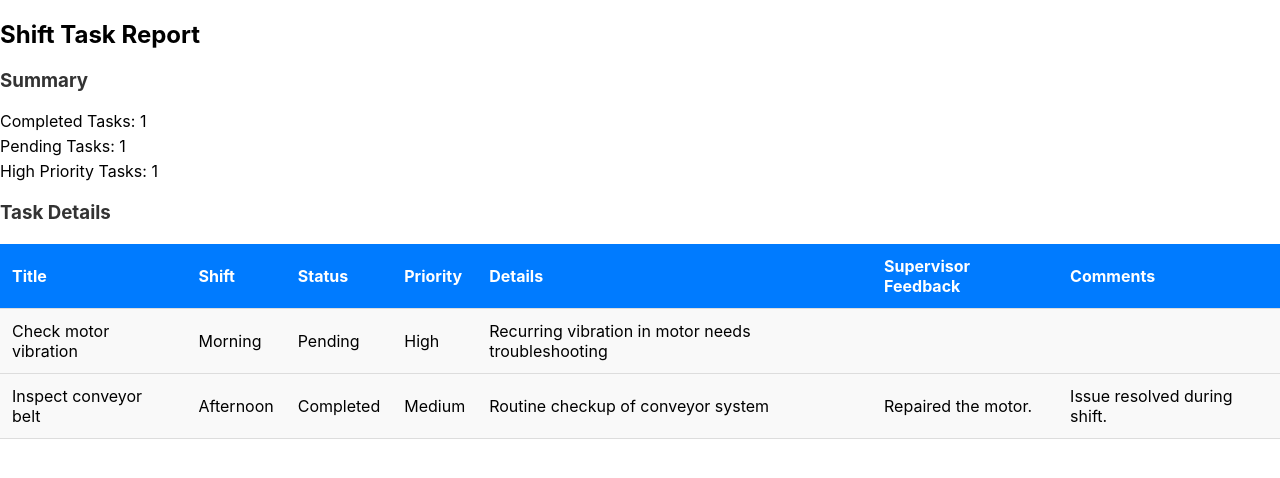
Repository: Manoj-T-V/ShiftOperator
Page: /report
The author's editor kept a copy of each file at every save. The page is drawn from the files as they stood at one save, then again after the next save.
The browser window is 1280 px wide. The pictures show the whole page.
The project was rebuilt for these pictures with package versions that can differ from the ones it lists, and the page was loaded fresh each time. Also part of the build but not shown: src/pages/ShiftManagement.js, src/pages/AddTaskform.js.

Above is the page before, as saved 2024-11-29 14:24:13.

### src/index.js
import React from 'react';
import ReactDOM from 'react-dom/client';
import './index.css';
import App from './App';
import { Provider } from 'react-redux';
import reportWebVitals from './reportWebVitals';
import store from './redux/store';

const root = ReactDOM.createRoot(document.getElementById('root'));
root.render(
  <React.StrictMode>
  <Provider store={store} >
      <App />
  </Provider>
  </React.StrictMode>
);

// If you want to start measuring performance in your app, pass a function
// to log results (for example: reportWebVitals(console.log))
// or send to an analytics endpoint. Learn more: https://bit.ly/CRA-vitals
reportWebVitals();

### src/App.js
import ShiftManagement from './pages/ShiftManagement';
import {BrowserRouter as Router, Route, Routes} from 'react-router-dom';
import AddTaskForm from './pages/AddTaskform';
import TaskReport  from './pages/TaskReport'

function App() {
  return (
    <Router>
    <Routes>
      <Route path="/shift" element={<ShiftManagement/>}></Route>
      <Route path="/" element={<AddTaskForm/>}></Route>
      <Route path="/report" element={<TaskReport/>}></Route>
    </Routes>
    </Router>
  );
}

export default App;

### src/redux/store.js
import { configureStore } from "@reduxjs/toolkit";
import shiftReducer from './features/shiftSlice' ;
import tasksSlice  from './features/tasksSlice'

const store = configureStore({
  reducer: {
    shift: shiftReducer,
    tasks: tasksSlice,

  },
});

export default store;

### src/pages/TaskReport.js
// src/components/TaskReport.js
import React from 'react';
import { useSelector } from 'react-redux';
import { selectFilteredTasks } from '../redux/features/selectors';

const TaskReport = () => {
  const filteredTasks = useSelector(selectFilteredTasks);

  const taskSummary = filteredTasks.reduce(
    (acc, task) => {
      if (task.status === "Completed") {
        acc.completed++;
      } else {
        acc.pending++;
      }
      if (task.priority === "High") {
        acc.highPriority++;
      }
      return acc;
    },
    { completed: 0, pending: 0, highPriority: 0 }
  );

  // Inline styles for table and summary
  const tableStyles = {
    width: '100%',
    borderCollapse: 'collapse',
    marginTop: '20px',
  };

  const thTdStyles = {
    padding: '12px',
    textAlign: 'left',
    borderBottom: '1px solid #ddd',
  };


  const summaryContainer = {
    marginBottom: '20px',
  };

  const summaryText = {
    margin: '5px 0',
    fontSize: '16px',
  };

  const tableHeadingStyles = {
    backgroundColor: '#007bff',
    color: 'white',
  };

  const taskRowStyles = {
    backgroundColor: '#f9f9f9',
  };

  return (
    <div>
      <h2 style={{ fontSize: '24px', marginBottom: '20px' }}>Shift Task Report</h2>
      <div style={summaryContainer}>
        <h3 style={{ color: '#333' }}>Summary</h3>
        <p style={summaryText}>Completed Tasks: {taskSummary.completed}</p>
        <p style={summaryText}>Pending Tasks: {taskSummary.pending}</p>
        <p style={summaryText}>High Priority Tasks: {taskSummary.highPriority}</p>
      </div>
      <h3 style={{ color: '#333' }}>Task Details</h3>
      <table style={tableStyles}>
        <thead>
          <tr style={tableHeadingStyles}>
            <th style={thTdStyles}>Title</th>
            <th style={thTdStyles}>Shift</th>
            <th style={thTdStyles}>Status</th>
            <th style={thTdStyles}>Priority</th>
            <th style={thTdStyles}>Details</th>
            <th style={thTdStyles}>Supervisor Feedback</th>
            <th style={thTdStyles}>Comments</th>
          </tr>
        </thead>
        <tbody>
          {filteredTasks.map((task) => (
            <tr
              key={task.id}
              style={taskRowStyles}
              onMouseEnter={(e) => e.currentTarget.style.backgroundColor = '#ddd'} // Hover effect
              onMouseLeave={(e) => e.currentTarget.style.backgroundColor = '#f9f9f9'}
            >
              <td style={thTdStyles}>{task.title}</td>
              <td style={thTdStyles}>{task.shift}</td>
              <td style={thTdStyles}>{task.status}</td>
              <td style={thTdStyles}>{task.priority}</td>
              <td style={thTdStyles}>{task.details}</td>
              <td style={thTdStyles}>{task.supervisorFeedback}</td>
              <td style={thTdStyles}>{task.comments}</td>
            </tr>
          ))}
        </tbody>
      </table>
    </div>
  );
};

export default TaskReport;

### src/redux/features/shiftSlice.js
import { createSlice } from "@reduxjs/toolkit";

const initialState = {
  shifts: [
    { id: 1, name: "Morning", start: "08:00", end: "16:00", format: "24-hour", location: "", workforce: [] },
    { id: 2, name: "Afternoon", start: "16:00", end: "00:00", format: "24-hour", location: "", workforce: [] },
    { id: 3, name: "Night", start: "00:00", end: "08:00", format: "24-hour", location: "", workforce: [] },
  ],
  timeFormat: "24-hour",
};

const shiftSlice = createSlice({
  name: "shift",
  initialState,
  reducers: {
    addShift: (state, action) => {
      state.shifts.push({ ...action.payload, id: Date.now() });
    },
    updateShift: (state, action) => {
      const { id, updates } = action.payload;
      const shift = state.shifts.find((shift) => shift.id === id);
      if (shift) {
        Object.assign(shift, updates);
      }
    },
    resetShifts: (state) => {
      state.shifts = [];
    },
    toggleTimeFormat: (state) => {
      state.timeFormat = state.timeFormat === "24-hour" ? "12-hour" : "24-hour";
    },
  },
});

export const { addShift, updateShift, resetShifts, toggleTimeFormat } = shiftSlice.actions;

export default shiftSlice.reducer;

### src/redux/features/tasksSlice.js
import { createSlice } from "@reduxjs/toolkit";

const initialState = {
  tasks: [
    {
      id: 1,
      title: "Check motor vibration",
      details: "Recurring vibration in motor needs troubleshooting",
      source: "Adhoc Maintenance",
      shift: "Morning",
      status: "Pending",
      priority: "High",
      supervisorFeedback: "",  // Supervisor feedback field
      comments: "",            // Additional comments field
    },
    {
      id: 2,
      title: "Inspect conveyor belt",
      details: "Routine checkup of conveyor system",
      source: "SAP",
      shift: "Afternoon",
      status: "Completed",
      priority: "Medium",
      supervisorFeedback: "Repaired the motor.", // Example feedback
      comments: "Issue resolved during shift.",
    },
  ],
  filters: {
    shift: "All",   // 'All', 'Morning', 'Afternoon', 'Night'
    sort: "Priority", // 'Priority', 'Status'
  },
};

const tasksSlice = createSlice({
  name: "tasks",
  initialState,
  reducers: {
    toggleTaskStatus: (state, action) => {
      const task = state.tasks.find((task) => task.id === action.payload);
      if (task) {
        task.status = task.status === "Pending" ? "Completed" : "Pending";
      }
    },
    setShiftFilter: (state, action) => {
      state.filters.shift = action.payload;
    },
    setSortOrder: (state, action) => {
      state.filters.sort = action.payload;
    },
    addTask: (state, action) => {
      state.tasks.push(action.payload);
    },
  },
});

export const { toggleTaskStatus, setShiftFilter, setSortOrder, addTask } =
  tasksSlice.actions;
export default tasksSlice.reducer;

### src/redux/features/selectors.js
// src/redux/selectors.js
export const selectFilteredTasks = (state) => {
    const { tasks, filters } = state.tasks;
    const { shift, sort } = filters;

    // Filter by shift
    let filteredTasks = tasks.filter(
      (task) => shift === "All" || task.shift === shift
    );

    // Sort by priority or status
    filteredTasks = filteredTasks.sort((a, b) => {
      if (sort === "Priority") {
        const priorityOrder = ["High", "Medium", "Low"];
        return priorityOrder.indexOf(a.priority) - priorityOrder.indexOf(b.priority);
      } else if (sort === "Status") {
        const statusOrder = ["Pending", "Completed"];
        return statusOrder.indexOf(a.status) - statusOrder.indexOf(b.status);
      }
      return 0;
    });

    return filteredTasks;
  };

Loaded but not shown: public/index.html (common file); src/index.css (common file); src/reportWebVitals.js (common file)

After the next save:
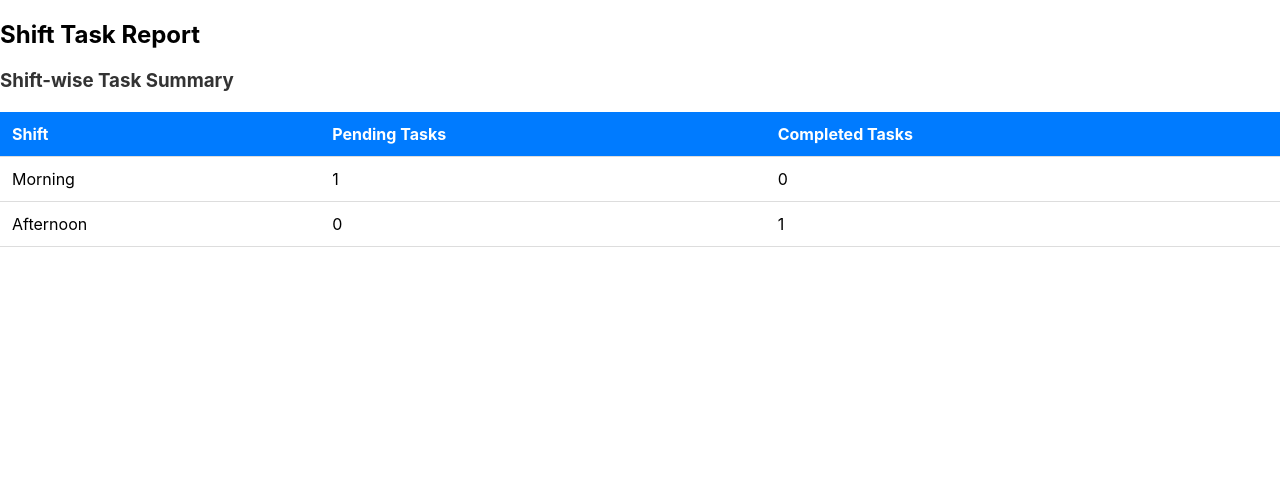
Saved 2 min 21 s later.
--- a/src/pages/TaskReport.js
+++ b/src/pages/TaskReport.js
@@ -1,99 +1,76 @@
-// src/components/TaskReport.js
-import React from 'react';
-import { useSelector } from 'react-redux';
-import { selectFilteredTasks } from '../redux/features/selectors';
+import React from "react";
+import { useSelector } from "react-redux";
+import { selectFilteredTasks } from "../redux/features/selectors";
 
 const TaskReport = () => {
   const filteredTasks = useSelector(selectFilteredTasks);
 
-  const taskSummary = filteredTasks.reduce(
-    (acc, task) => {
-      if (task.status === "Completed") {
-        acc.completed++;
-      } else {
-        acc.pending++;
-      }
-      if (task.priority === "High") {
-        acc.highPriority++;
-      }
-      return acc;
-    },
-    { completed: 0, pending: 0, highPriority: 0 }
-  );
+  // Group tasks by shift and calculate pending/completed task counts
+  const shiftReport = filteredTasks.reduce((acc, task) => {
+    // If the shift is not already in the accumulator, add it
+    if (!acc[task.shift]) {
+      acc[task.shift] = { completed: 0, pending: 0 };
+    }
+    // Increment the count based on the task status
+    if (task.status === "Completed") {
+      acc[task.shift].completed++;
+    } else {
+      acc[task.shift].pending++;
+    }
+    return acc;
+  }, {});
+
+  // Convert the shiftReport object to an array of shifts
+  const shiftReportArray = Object.keys(shiftReport).map((shiftName) => ({
+    shift: shiftName,
+    ...shiftReport[shiftName],
+  }));
 
   // Inline styles for table and summary
   const tableStyles = {
-    width: '100%',
-    borderCollapse: 'collapse',
-    marginTop: '20px',
+    width: "100%",
+    borderCollapse: "collapse",
+    marginTop: "20px",
   };
 
   const thTdStyles = {
-    padding: '12px',
-    textAlign: 'left',
-    borderBottom: '1px solid #ddd',
-  };
-
-
-  const summaryContainer = {
-    marginBottom: '20px',
-  };
-
-  const summaryText = {
-    margin: '5px 0',
-    fontSize: '16px',
+    padding: "12px",
+    textAlign: "left",
+    borderBottom: "1px solid #ddd",
   };
 
   const tableHeadingStyles = {
-    backgroundColor: '#007bff',
-    color: 'white',
-  };
-
-  const taskRowStyles = {
-    backgroundColor: '#f9f9f9',
+    backgroundColor: "#007bff",
+    color: "white",
   };
 
   return (
     <div>
-      <h2 style={{ fontSize: '24px', marginBottom: '20px' }}>Shift Task Report</h2>
-      <div style={summaryContainer}>
-        <h3 style={{ color: '#333' }}>Summary</h3>
-        <p style={summaryText}>Completed Tasks: {taskSummary.completed}</p>
-        <p style={summaryText}>Pending Tasks: {taskSummary.pending}</p>
-        <p style={summaryText}>High Priority Tasks: {taskSummary.highPriority}</p>
-      </div>
-      <h3 style={{ color: '#333' }}>Task Details</h3>
-      <table style={tableStyles}>
-        <thead>
-          <tr style={tableHeadingStyles}>
-            <th style={thTdStyles}>Title</th>
-            <th style={thTdStyles}>Shift</th>
-            <th style={thTdStyles}>Status</th>
-            <th style={thTdStyles}>Priority</th>
-            <th style={thTdStyles}>Details</th>
-            <th style={thTdStyles}>Supervisor Feedback</th>
-            <th style={thTdStyles}>Comments</th>
-          </tr>
-        </thead>
-        <tbody>
-          {filteredTasks.map((task) => (
-            <tr
-              key={task.id}
-              style={taskRowStyles}
-              onMouseEnter={(e) => e.currentTarget.style.backgroundColor = '#ddd'} // Hover effect
-              onMouseLeave={(e) => e.currentTarget.style.backgroundColor = '#f9f9f9'}
-            >
-              <td style={thTdStyles}>{task.title}</td>
-              <td style={thTdStyles}>{task.shift}</td>
-              <td style={thTdStyles}>{task.status}</td>
-              <td style={thTdStyles}>{task.priority}</td>
-              <td style={thTdStyles}>{task.details}</td>
-              <td style={thTdStyles}>{task.supervisorFeedback}</td>
-              <td style={thTdStyles}>{task.comments}</td>
+      <h2 style={{ fontSize: "24px", marginBottom: "20px" }}>Shift Task Report</h2>
+
+      <h3 style={{ color: "#333" }}>Shift-wise Task Summary</h3>
+      {shiftReportArray.length === 0 ? (
+        <p>No tasks available for the selected filters.</p>
+      ) : (
+        <table style={tableStyles}>
+          <thead>
+            <tr style={tableHeadingStyles}>
+              <th style={thTdStyles}>Shift</th>
+              <th style={thTdStyles}>Pending Tasks</th>
+              <th style={thTdStyles}>Completed Tasks</th>
             </tr>
-          ))}
-        </tbody>
-      </table>
+          </thead>
+          <tbody>
+            {shiftReportArray.map((shift, index) => (
+              <tr key={index}>
+                <td style={thTdStyles}>{shift.shift}</td>
+                <td style={thTdStyles}>{shift.pending}</td>
+                <td style={thTdStyles}>{shift.completed}</td>
+              </tr>
+            ))}
+          </tbody>
+        </table>
+      )}
     </div>
   );
 };
